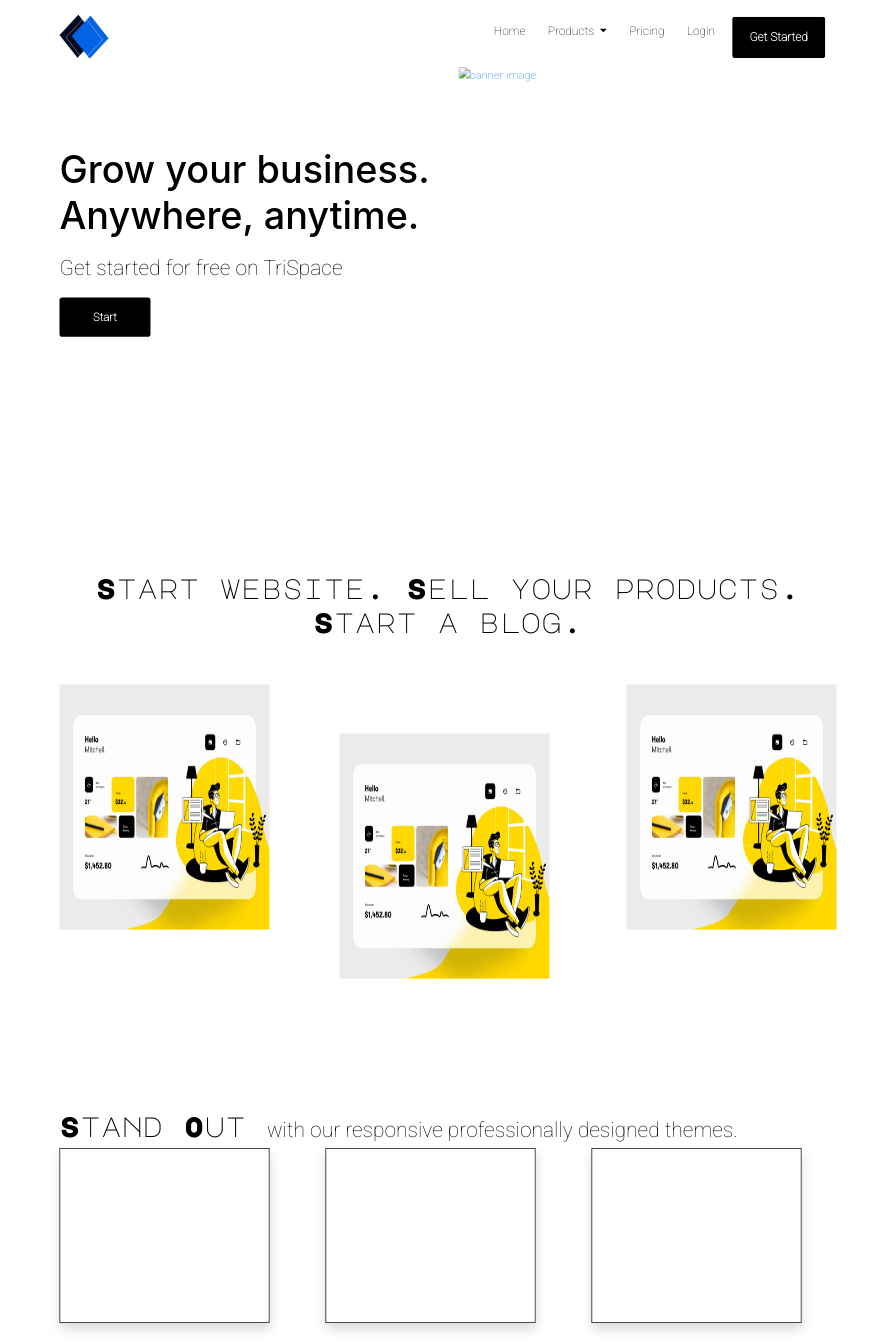
Repository: latenightsnacc/TriSpace
Page: home.html
The author's editor kept a copy of each file at every save. The page is drawn from the files as they stood at one save, then again after the next save.
The browser window is 1280 px wide. The pictures show the part of the page from y = 0 to 1920 px (the page is 5357 px tall before and 5725 px after), at 70% of full size.
The style sheet was rebuilt from its Sass, Less or Tailwind sources for each picture, by a compiler version that may differ from the author's.

Above is the page before, as saved 2020-11-20 10:31:45.

### home.html
<!DOCTYPE html>
<html lang="en">
<head>
    <meta charset="UTF-8">
    <meta name="viewport" content="width=device-width, initial-scale=1.0">
    <!--Tailwind CDN-->
    <link rel="stylesheet" href="https://cdnjs.cloudflare.com/ajax/libs/tailwindcss/1.9.6/base.min.css" integrity="sha512-hEjkvMSM0ql6VJcNK0gTmjt9ar8F2yHeBUbJKtyvQhkkbGMhiJ4+MaiB8XxsthLAHJx5vy2I9dN0un8HiWG2LA==" crossorigin="anonymous" />
    <link rel="stylesheet" href="https://cdnjs.cloudflare.com/ajax/libs/tailwindcss/1.9.6/components.min.css" integrity="sha512-TizAONqhvXjEfRPhptSUkZNVU497PzAnXNGNUoeOjeni4dHpJ+ak+ZsyoGna20LH/yg1PvdufN1VbnVQeVDftg==" crossorigin="anonymous" />
    <link rel="stylesheet" href="https://cdnjs.cloudflare.com/ajax/libs/tailwindcss/1.9.6/tailwind.css" integrity="sha512-HY1FOTeAX9idUBWDhVDrBg8QUHBisKVQ4BCVj1jFo5z76mk87w4Rr5YGP8nBkcGmoMzqYvdeXHMOg/olF45z3g==" crossorigin="anonymous" />
    <link rel="stylesheet" href="https://cdnjs.cloudflare.com/ajax/libs/tailwindcss/1.9.6/utilities.min.css" integrity="sha512-0QJfuLKyYJWGB5hKArJW67xqMLDlR8YaLM/ZuW2mRn4NRwHNsGm7UuREc5Fu7jONHyewPKnGODY0N8G+FQbfxg==" crossorigin="anonymous" />
    <!--Bootstrap CDN-->
    <link rel="stylesheet" href="https://cdn.jsdelivr.net/npm/bootstrap@4.5.3/dist/css/bootstrap.min.css" integrity="sha384-TX8t27EcRE3e/ihU7zmQxVncDAy5uIKz4rEkgIXeMed4M0jlfIDPvg6uqKI2xXr2" crossorigin="anonymous">
    <!--Custom Stylesheet-->
    <link rel="stylesheet" href="styles/stylesheet.css">
    <!--Favicon-->
    <link rel="shortcut icon" href="assets/Logo/TriSpaceIcon.png" type="image/x-icon">
    <title>Home</title>
</head>
<body>
    <!--Wrapper-->
    <div class="wrapper">
        <!--Navbar-->
        <nav class="navbar navbar-expand-lg navbar-light fixed-top p-3 mb-5 bg-white rounded" id="navbar">
            <div class="container align-middle">
                <a class="navbar-brand" href="index.html">
                    <img src="assets/Logo/TriSpaceMobileLogo1.png" alt="TriSpace Logo" height="40px" width="70px"/>
                </a>
                <button class="navbar-toggler" type="button" data-toggle="collapse" data-target="#navbarNavDropdown" aria-controls="navbarNavDropdown" aria-expanded="false" aria-label="Toggle navigation">
                <span class="navbar-toggler-icon"></span>
                </button>
                <div class="collapse navbar-collapse" id="navbarNavDropdown">
                <ul class="navbar-nav nav-menu ml-auto align-middle">
                    <li class="nav-item active mr-3">
                    <a class="nav-link" href="index.html">Home</a>
                    </li>
                    <li class="nav-item dropdown mr-3">
                        <a class="nav-link dropdown-toggle" href="products.html" id="navbarDropdownMenuLink" role="button" data-toggle="dropdown" aria-haspopup="true" aria-expanded="false">
                        Products
                        </a>
                        <div class="dropdown-menu" aria-labelledby="navbarDropdownMenuLink">
                        <a class="dropdown-item" href="#">Blog</a>
                        <a class="dropdown-item" href="#">Website</a>
                        <a class="dropdown-item" href="#">E-commerce</a>
                        <a class="dropdown-item" href="#">Domain</a>
                        <a class="dropdown-item" href="#">Hosting</a>
                        </div>
                    </li>
                    <li class="nav-item mr-3">
                    <a class="nav-link" href="pricing.html">Pricing</a>
                    </li>
                    <li class="nav-item mr-3">
                        <a class="nav-link" href="#">Login</a>
                    </li>
                    <li class="nav-item mr-3">
                        <a class="nav-link btn blue text-white px-4 py-3 hover:shadow-2xl" href="#">Get Started</a>
                    </li>
                </ul>
                </div>
            </div>
        </nav>
        <!-- End of Navbar-->

        <!--Banner-->
        <div class="min-h-screen  mt-5" id="banner">
            <div class="container">
                <div class="row pt-5">
                    <!--Banner Text-->
                    <div class="col-xs-12 col-s-12 col-md-6 col-lg-6 col-xl-6">
                        <div class="text-box banner-txt">
                            <h1 class="">Grow your business.<br/> Anywhere, anytime.</h1>
                            <h5 class="span-title py-3 text-2l">Get started for free on TriSpace</h5>
                            <button class="bg-black hover:bg-blue-500 text-white font-bold py-3 px-5 rounded">Start</button>
                        </div>
                    </div>
                    <!--Banner Image-->
                    <div class="col-xs-12 col-s-12 col-md-6 col-lg-6 col-xl-6">
                        <a href="#">
                            <img class="banner-img" src="" alt="banner image"/>
                        </a>
                    </div>
                </div>
            </div>
        </div>
        <!--End of Banner-->

        <!--Services-->
        <div class="min-h-screen mt-5 mb-5" id="services">
            <div class="container">
                <div class="absolute-box">
                    <div class="title-box text-center mb-5">
                        <h2 class="section-title pb-5">Start <span class="section-title">website. </span><span class="color">Sell your products.</span><br/><span class="color">Start a blog.</span> </h2>
                    </div>
                    <div class="images">
                        <div class="img-1 ">
                            <a href="#">
                                <img src="assets/Template-1.jpg" alt="Build a website" />
                            </a>
                        </div>
                        <div class="img-2 motion-reduce:animate-bounce">
                            <a href="#">
                                <img src="assets/Template-1.jpg" alt="Build a website" />
                            </a>
                        </div>
                        <div class="img-3">
                            <a href="#">
                                <img src="assets/Template-1.jpg" alt="Build a website" />
                            </a>
                        </div>
                    </div>
                </div>
            </div>
        </div>
        <!--End of Services-->

         <!--Responsive Design-->
        <div class="min-h-screen mt-5 mb-5" id="themes">
            <div class="container">
                <div class="title-box">
                    <h2 class="section-title">Stand Out <span class="text-4xl span-title">with our responsive professionally designed themes.</h2>
                </div>
                <div class="row">
                    <div class="col-xs-12 col-s-12 col-md-6 col-lg-4 col-xl-4">
                        <div class="clear-box"></div>
                    </div>
                    <div class="col-xs-12 col-s-12 col-md-6 col-lg-4 col-xl-4">
                        <div class="clear-box"></div>
                    </div>
                    <div class="col-xs-12 col-s-12 col-md-6 col-lg-4 col-xl-4">
                        <div class="clear-box"></div>
                    </div>
                    <div class="col-xs-12 col-s-12 col-md-6 col-lg-4 col-xl-4 mt-5">
                        <div class="clear-box"></div>
                    </div>
                    <div class="col-xs-12 col-s-12 col-md-6 col-lg-4 col-xl-4 mt-5">
                        <div class="clear-box"></div>
                    </div>
                    <div class="col-xs-12 col-s-12 col-md-6 col-lg-4 col-xl-4 mt-5">
                        <div class="clear-box"></div>
                    </div>
                </div>
            </div>
        </div>
        <!--End of R.D-->

        <!--Templates-->
        <div class="min-h-screen mt-5 mb-5" id="templates">
            <div class="container">
                <div class="title-box mb-5">
                    <h2 class="section-title">Create Simply </h2>
                    <h4 class="section-title">Build any kind of website</h4>
                    <p class="span-title">No code, no limits, no stress.</p>
                </div>
                <div class="row">
                    <div class="col-xs-12 col-s-12 col-md-6 col-lg-6 col-xl-6">
                        <div id="clr1" class="text-center mt-5">
                        </div>
                    </div>
                    <div class="col-xs-12 col-s-12 col-md-6 col-lg-6 col-xl-6">
                        <div class="row flex-wrap">
                            <div class="col-xs-12 col-s-12 col-md-12 col-lg-12 col-xl-12">
                                <div id="clr2" class="mt-5">

                                </div>
                            </div>
                            <div class="col-xs-12 col-s-12 col-md-12 col-lg-12 col-xl-12">
                                <div id="clr3">

                                </div>
                            </div>
                        </div>
                    </div>
                </div>
            </div>
        </div>
        <!--End of Templates-->

        <!--Why TriSpace-->
        <div class="min-h-screen mt-5 mb-5" id="services">
            <div class="container">
                <div class="title-box mb-5">
                    <h2 class="section-title">We've got you covered.</h2>
                    <p>Your website is just the beginning.</p>
                </div>
                <div class="row">
                    <div class="col-xs-12 col-s-12 col-md-6 col-lg-6 col-xl-6 bg-blue-500">
                        <div class="clear-box mt-5 mb-5">
                            <h3 class="text-center pt-5">Real support from real people.</h3>
                        </div>
                    </div>
                    <div class="col-xs-12 col-s-12 col-md-6 col-lg-6 col-xl-6 bg-yellow-500">
                        <div class="clear-box mt-5 mb-5">
                            <h3 class="text-center pt-5">Domain to suit your needs.</h3>
                        </div>
                    </div>
                    <div class="col-xs-12 col-s-12 col-md-6 col-lg-6 col-xl-6 bg-red-500">
                        <div class="clear-box mt-5 mb-5">
                            <h3 class="text-center pt-5">Plans for everyone</h3>
                        </div>
                    </div>
                    <div class="col-xs-12 col-s-12 col-md-6 col-lg-6 col-xl-6 bg-blue-300">
                        <div class="clear-box mt-5 mb-5">
                            <h3 class="text-center pt-5">Security Security Security</h3>
                        </div>
                    </div>
                </div>
            </div>
        </div>
        <!--End of Why TriSpace-->

        <!--Pricing-->
        <div class="min-h-screen mb-5 " id="pricing">
            <div class="container">
                <div class="title-box mb-5">
                    <h2 class="section-title">Start Free </h2>
                    <h5> Grow at your own pace.</h5>
                </div>
                <div class="row">
                    <div class="col-xs-12 col-s-12 col-md-3 col-lg-3 col-xl-3">
                        <div class="max-w-sm rounded overflow-hidden shadow-lg mb-5 border-2 border-blue-400 price-card">
                            <div class="px-6 py-4">
                            <div class="font-bold text-xl mb-2">Free</div>
                            <p class="text-gray-700 text-base">
                                Lorem ipsum dolor sit amet, consectetur adipisicing elit. Voluptatibus quia, nulla! Maiores et perferendis eaque, exercitationem praesentium nihil.
                            </p>
                            </div>
                            <div class="px-6 pt-4 pb-2">
                            <span class="inline-block bg-gray-200 rounded-full px-3 py-1 text-sm font-semibold text-gray-700 mr-2 mb-2">#photography</span>
                            <span class="inline-block bg-gray-200 rounded-full px-3 py-1 text-sm font-semibold text-gray-700 mr-2 mb-2">#travel</span>
                            <span class="inline-block bg-gray-200 rounded-full px-3 py-1 text-sm font-semibold text-gray-700 mr-2 mb-2">#winter</span>
                            </div>
                        </div>
                    </div>
                    <div class="col-xs-12 col-s-12 col-md-3 col-lg-3 col-xl-3">
                        <div class="max-w-sm rounded overflow-hidden shadow-md mb-5 border-2 border-blue-400 price-card transition ease-out duration-700 ...">
                            <div class="px-6 py-4">
                            <div class="font-bold text-xl mb-2">The Coldest Sunset</div>
                            <p class="text-gray-700 text-base">
                                Lorem ipsum dolor sit amet, consectetur adipisicing elit. Voluptatibus quia, nulla! Maiores et perferendis eaque, exercitationem praesentium nihil.
                            </p>
                            </div>
                            <div class="px-6 pt-4 pb-2">
                            <span class="inline-block bg-gray-200 rounded-full px-3 py-1 text-sm font-semibold text-gray-700 mr-2 mb-2">#photography</span>
                            <span class="inline-block bg-gray-200 rounded-full px-3 py-1 text-sm font-semibold text-gray-700 mr-2 mb-2">#travel</span>
                            <span class="inline-block bg-gray-200 rounded-full px-3 py-1 text-sm font-semibold text-gray-700 mr-2 mb-2">#winter</span>
                            </div>
                        </div>
                    </div>
                    <div class="col-xs-12 col-s-12 col-md-3 col-lg-3 col-xl-3">
                        <div class="max-w-sm rounded overflow-hidden shadow-md mb-5 border-2 border-blue-400 price-card" >
                            <div class="px-6 py-4">
                            <div class="font-bold text-xl mb-2">The Coldest Sunset</div>
                            <p class="text-gray-700 text-base">
                                Lorem ipsum dolor sit amet, consectetur adipisicing elit. Voluptatibus quia, nulla! Maiores et perferendis eaque, exercitationem praesentium nihil.
                            </p>
                            </div>
                            <div class="px-6 pt-4 pb-2">
                            <span class="inline-block bg-gray-200 rounded-full px-3 py-1 text-sm font-semibold text-gray-700 mr-2 mb-2">#photography</span>
                            <span class="inline-block bg-gray-200 rounded-full px-3 py-1 text-sm font-semibold text-gray-700 mr-2 mb-2">#travel</span>
                            <span class="inline-block bg-gray-200 rounded-full px-3 py-1 text-sm font-semibold text-gray-700 mr-2 mb-2">#winter</span>
                            </div>
                        </div>
                    </div>
                    <div class="col-xs-12 col-s-12 col-md-3 col-lg-3 col-xl-3">
                        <div class="max-w-sm rounded overflow-hidden shadow-md price-card">
                            <div class="px-6 py-4">
                            <div class="font-bold text-xl mb-2">The Coldest Sunset</div>
                            <p class="text-gray-700 text-base">
                                Lorem ipsum dolor sit amet, consectetur adipisicing elit. Voluptatibus quia, nulla! Maiores et perferendis eaque, exercitationem praesentium nihil.
                            </p>
                            </div>
                            <div class="px-6 pt-4 pb-2">
                            <span class="inline-block bg-gray-200 rounded-full px-3 py-1 text-sm font-semibold text-gray-700 mr-2 mb-2">#photography</span>
                            <span class="inline-block bg-gray-200 rounded-full px-3 py-1 text-sm font-semibold text-gray-700 mr-2 mb-2">#travel</span>
                            <span class="inline-block bg-gray-200 rounded-full px-3 py-1 text-sm font-semibold text-gray-700 mr-2 mb-2">#winter</span>
                            </div>
                        </div>
                    </div>
                </div>
            </div>
        </div>
        <!--End of Pricing-->

        <!--SVG BACKGROUND-->
        <svg xmlns="http://www.w3.org/2000/svg" viewBox="0 0 1440 320"><path fill="#0099ff" fill-opacity="1" d="M0,128L34.3,117.3C68.6,107,137,85,206,106.7C274.3,128,343,192,411,208C480,224,549,192,617,170.7C685.7,149,754,139,823,144C891.4,149,960,171,1029,192C1097.1,213,1166,235,1234,213.3C1302.9,192,1371,128,1406,96L1440,64L1440,320L1405.7,320C1371.4,320,1303,320,1234,320C1165.7,320,1097,320,1029,320C960,320,891,320,823,320C754.3,320,686,320,617,320C548.6,320,480,320,411,320C342.9,320,274,320,206,320C137.1,320,69,320,34,320L0,320Z"></path></svg>
        <!--End of SVG-->

        <!--Footer-->
        <div class="footer bg-black mb-0">
            <div class="container">
                <div class="row ">
                    <div class="col-xs-6 col-sm-6 col-md-3 col-lg-3 col-xl-3">
                        <ul class="footer-menu text-center">
                            <li>
                                <a href="#" class="text-white footer-link">Lorem</a>
                            </li>
                            <li>
                                <a href="#" class="text-white footer-link">Lorem</a>
                            </li>
                            <li>
                                <a href="#" class="text-white footer-link">Lorem</a>
                            </li>
                            <li>
                                <a href="#" class="text-white footer-link">Lorem</a>
                            </li>
                        </ul>
                    </div>
                    <div class="col-xs-6 col-sm-6 col-md-3 col-lg-3 col-xl-3">
                        <ul class="footer-menu text-center">
                            <li>
                                <a href="#" class="text-white footer-link">Lorem</a>
                            </li>
                            <li>
                                <a href="#" class="text-white footer-link">Lorem</a>
                            </li>
                            <li>
                                <a href="#" class="text-white footer-link">Lorem</a>
                            </li>
                            <li>
                                <a href="#" class="text-white footer-link">Lorem</a>
                            </li>
                        </ul>
                    </div>
                    <div class="col-xs-6 col-sm-6 col-md-3 col-lg-3 col-xl-3">
                        <ul class="footer-menu text-center">
                            <li>
                                <a href="#" class="text-white footer-link">Lorem</a>
                            </li>
                            <li>
                                <a href="#" class="text-white footer-link">Lorem</a>
                            </li>
                            <li>
                                <a href="#" class="text-white footer-link">Lorem</a>
                            </li>
                            <li>
                                <a href="#" class="text-white footer-link">Lorem</a>
                            </li>
                        </ul>
                    </div>
                    <div class="col-xs-6 col-sm-6 col-md-3 col-lg-3 col-xl-3">
                        <ul class="footer-menu text-center">
                            <li>
                                <a href="#" class="text-white footer-link">Lorem</a>
                            </li>
                            <li>
                                <a href="#" class="text-white footer-link">Lorem</a>
                            </li>
                            <li>
                                <a href="#" class="text-white footer-link">Lorem</a>
                            </li>
                            <li>
                                <a href="#" class="text-white footer-link">Lorem</a>
                            </li>
                        </ul>
                    </div>
                </div>
                <p class="text-center text-white py-3">&copy; TriSpace. Powered by TriSpace</p>
            </div>
        </div>
    </div>
    <!--Bootstrap Scripts-->
    <script src="https://code.jquery.com/jquery-3.5.1.slim.min.js" integrity="sha384-DfXdz2htPH0lsSSs5nCTpuj/zy4C+OGpamoFVy38MVBnE+IbbVYUew+OrCXaRkfj" crossorigin="anonymous"></script>
    <script src="https://cdn.jsdelivr.net/npm/popper.js@1.16.1/dist/umd/popper.min.js" integrity="sha384-9/reFTGAW83EW2RDu2S0VKaIzap3H66lZH81PoYlFhbGU+6BZp6G7niu735Sk7lN" crossorigin="anonymous"></script>
    <script src="https://cdn.jsdelivr.net/npm/bootstrap@4.5.3/dist/js/bootstrap.min.js" integrity="sha384-w1Q4orYjBQndcko6MimVbzY0tgp4pWB4lZ7lr30WKz0vr/aWKhXdBNmNb5D92v7s" crossorigin="anonymous"></script>
    <script src="js/main.js"></script>
</body>

### styles/_variables.scss
@import url('https://fonts.googleapis.com/css2?family=Chewy&display=swap');
@import url('https://fonts.googleapis.com/css2?family=Major+Mono+Display&display=swap');
@import url('https://fonts.googleapis.com/css2?family=Roboto:wght@100&display=swap');
$font: -apple-system, BlinkMacSystemFont, 'Segoe UI', Roboto, Oxygen, Ubuntu, Cantarell, 'Open Sans', 'Helvetica Neue', sans-serif;
$FONT1: 'Chewy', cursive;
$font2: 'Major Mono Display', monospace;
$font3: 'Roboto', sans-serif;
$primary: #fff;
$darkB: #02081d;
$lightB: #cce1ea;
//$blue: #0263e4;
$blue: black;
$red: #ca1b11;
$yellow : yellow;
$dB: #081a5a;

Loaded but not shown: js/main.js (30 lines, source omitted); styles/stylesheet.scss (178 lines, source omitted)

After the next save:
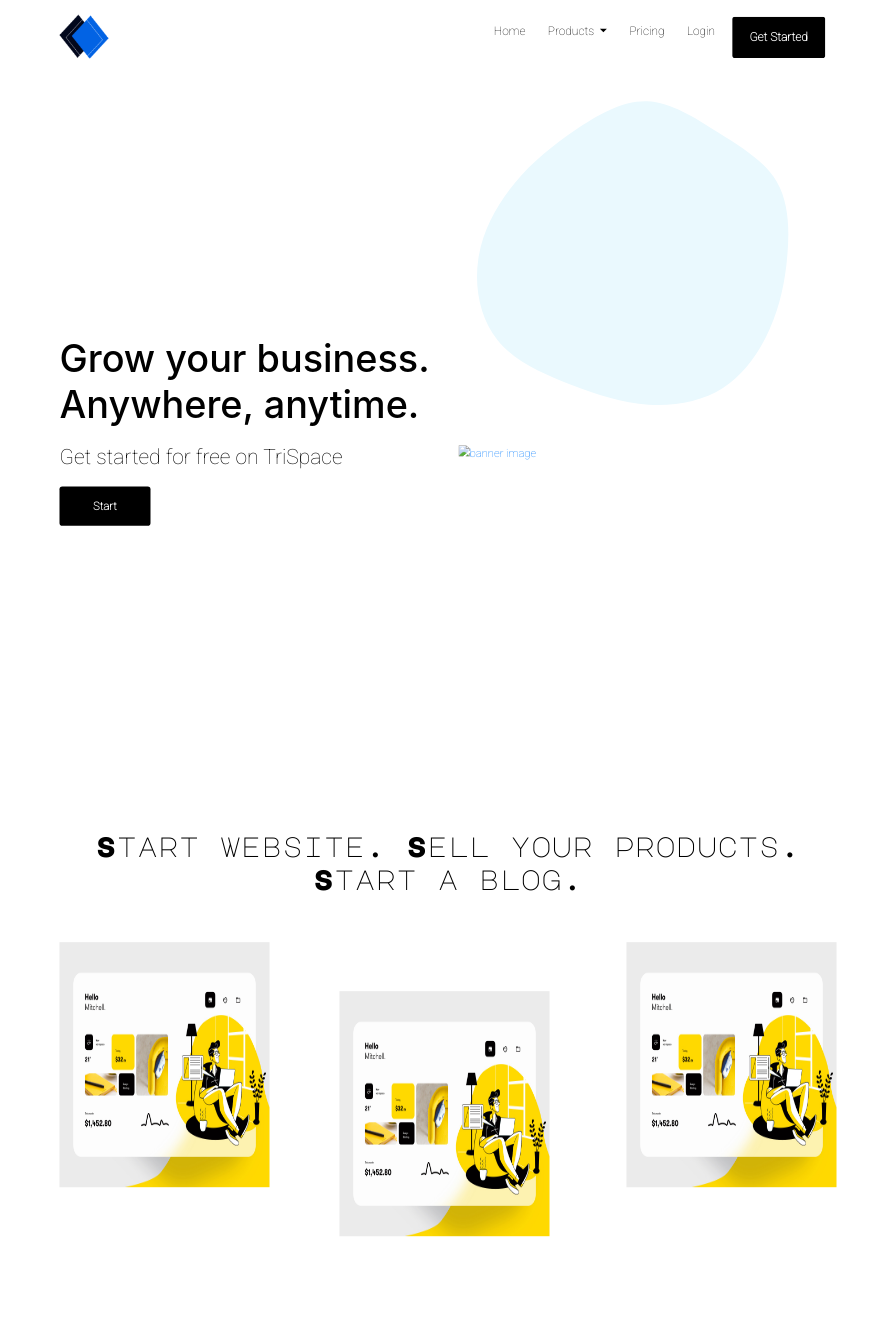
Saved 50 min 47 s later.
--- a/home.html
+++ b/home.html
@@ -74,6 +74,9 @@
                     </div>
                     <!--Banner Image-->
                     <div class="col-xs-12 col-s-12 col-md-6 col-lg-6 col-xl-6">
+                        <svg viewBox="0 0 200 200" xmlns="http://www.w3.org/2000/svg">
+                            <path fill="#EAF9FE" d="M37.4,-65.5C49.8,-57.7,62.1,-50.3,68.4,-39.4C74.7,-28.6,75.2,-14.3,74,-0.7C72.9,13,70.2,26,64.7,38.4C59.3,50.8,51.1,62.6,39.9,69.8C28.6,77,14.3,79.5,0.5,78.6C-13.3,77.7,-26.6,73.4,-40.8,67.9C-55,62.4,-70.2,55.9,-79.4,44.4C-88.6,32.9,-91.8,16.4,-89.5,1.3C-87.2,-13.8,-79.5,-27.6,-70.1,-38.9C-60.8,-50.1,-49.9,-58.8,-38,-66.9C-26,-75,-13,-82.4,-0.2,-82C12.5,-81.5,25,-73.3,37.4,-65.5Z" transform="translate(100 100)" />
+                          </svg>
                         <a href="#">
                             <img class="banner-img" src="" alt="banner image"/>
                         </a>
